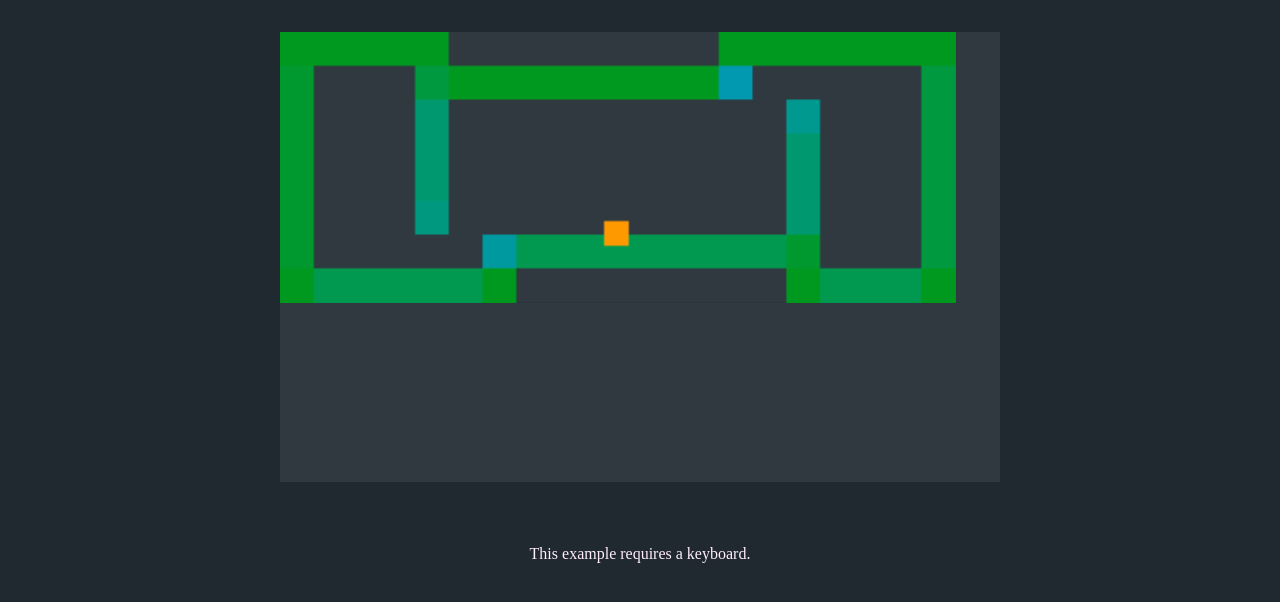
Repository: jh0l/WorldsHardestGame
Page: index.html
These files come from the project's save history. The page is drawn as it stood at one moment and after the next save; the edit follows.
The browser window is 1280 px wide. The pictures show the whole page.

Above is the page before, as saved 2018-07-19 00:14:17.

After the next save:
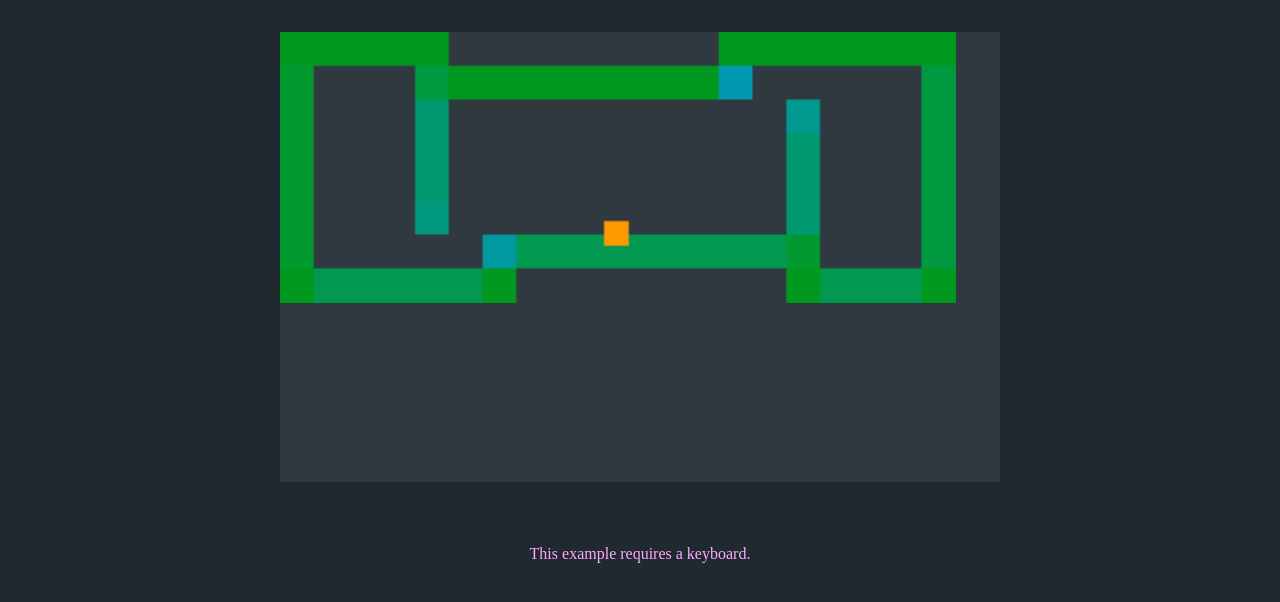
Saved 5 s later.
--- a/src/index.css
+++ b/src/index.css
@@ -12,7 +12,7 @@ html {
 body {
   align-content: space-around;
   background-color: #202830;
-  color: #ffeeff;
+  color: #ffaaff;
   display: grid;
   grid-template-columns: auto;
   grid-template-rows: auto auto auto auto;
